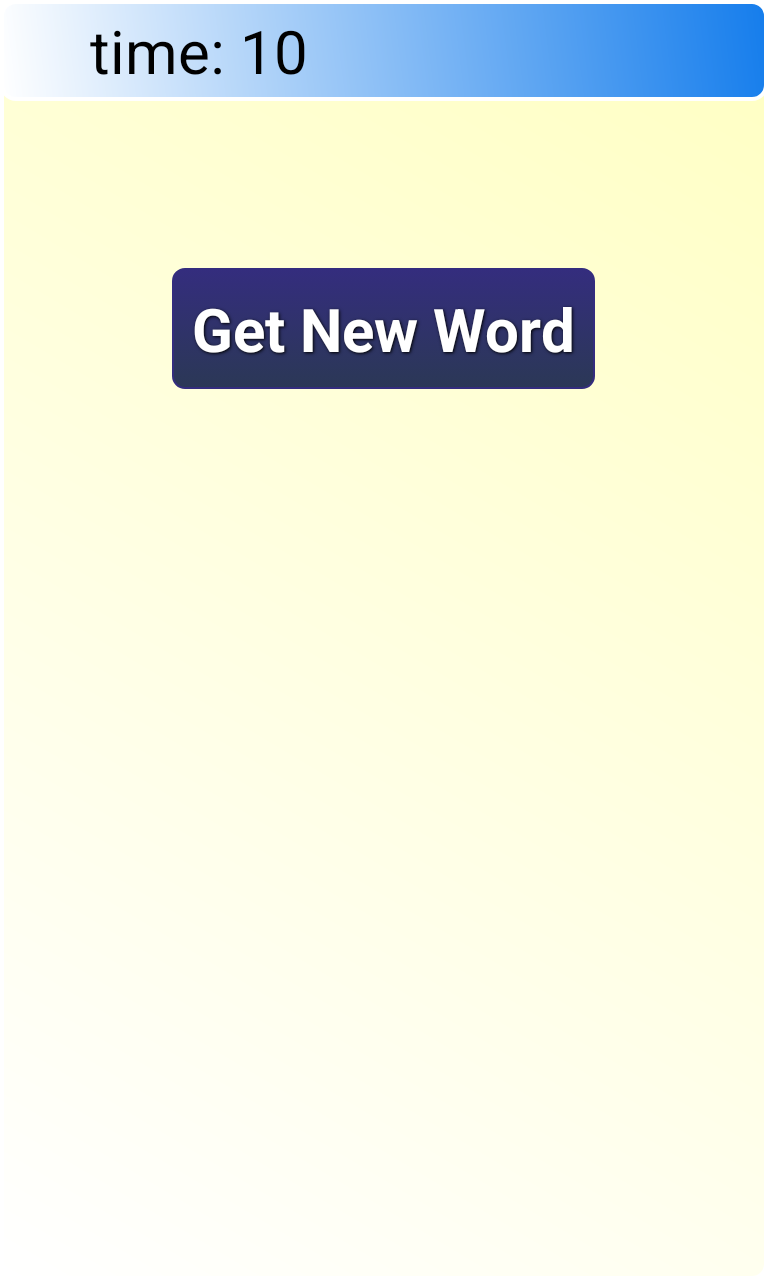
Repository: tvergilio/android
Layout: GoogleItDb/res/layout/activity_main.xml
The author's editor kept a copy of each file at every save. The layout is drawn from the files as they stood at one save, then again after the next save.
It is drawn on a 768 x 1280 px phone screen (xhdpi) without system bars, with theme AppTheme; the app's code is not run. Lists and similar views that code fills are empty.

Above is the layout before, as saved 2014-02-15 22:36:38.

After the next save:
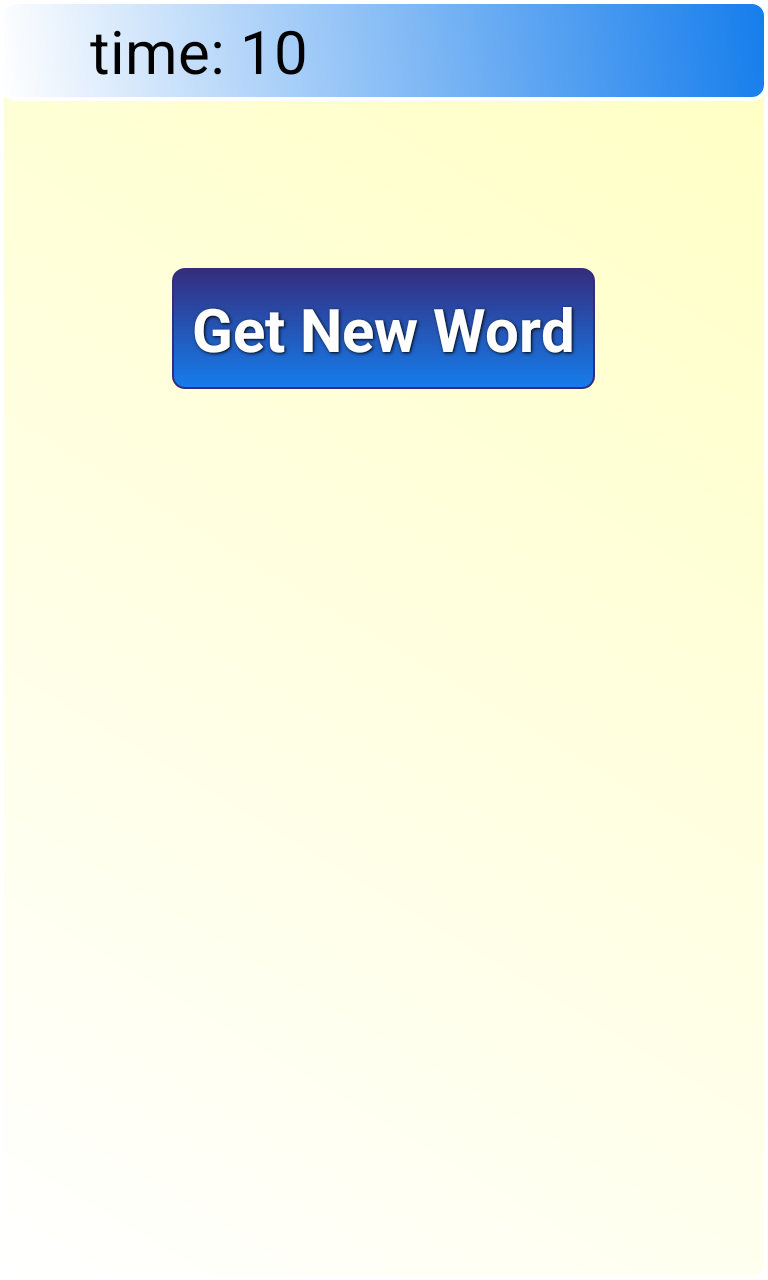
Saved 2 min 4 s later.
--- a/GoogleItDb/res/drawable-hdpi/blue_button.xml
+++ b/GoogleItDb/res/drawable-hdpi/blue_button.xml
@@ -3,7 +3,7 @@
 
     <item android:state_pressed="true">
         <shape>
-            <solid android:color="@color/dark_slate_blue" />
+            <solid android:color="@color/blue_dress" />
 
             <stroke android:width="1dp" android:color="@color/blue_whale" />
 
@@ -14,7 +14,7 @@
 
         </item>
     <item><shape>
-            <gradient android:angle="270" android:endColor="@color/dark_slate_blue" android:startColor="@color/blue_whale" />
+            <gradient android:angle="270" android:endColor="@color/blue_dress" android:startColor="@color/blue_whale" />
 
             <stroke android:width="1dp" android:color="@color/blue_whale" />
 
